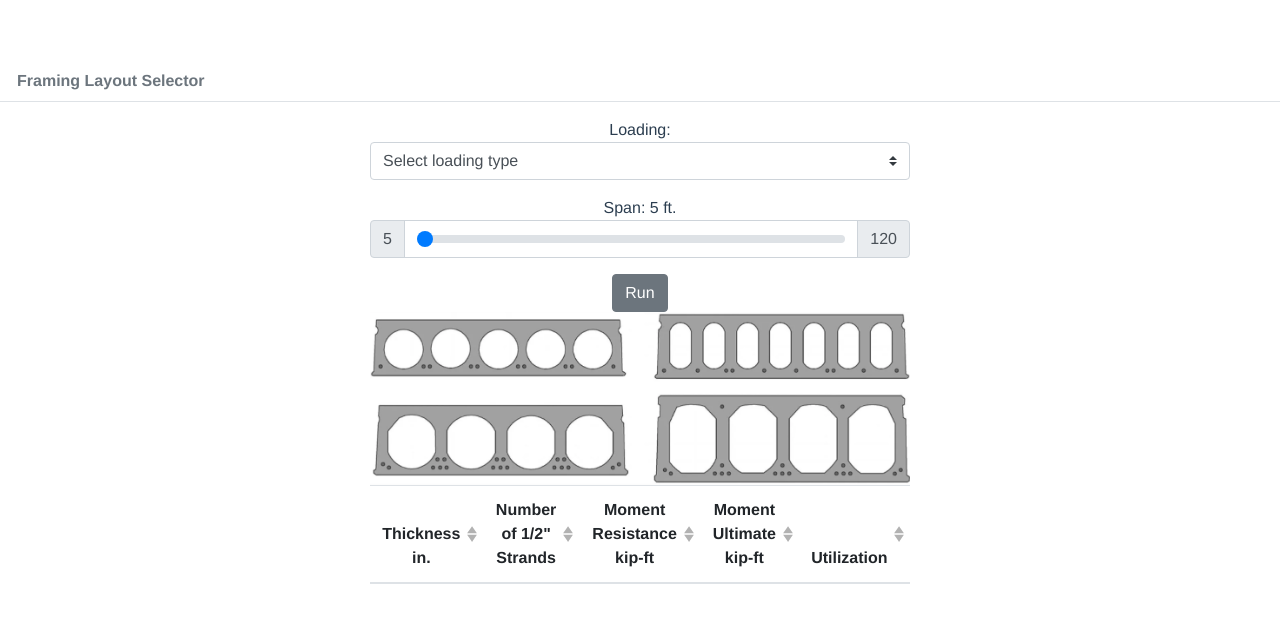
Repository: kanwarjohal/framingconceptclient
Page: /
The author's editor kept a copy of each file at every save. The page is drawn from the files as they stood at one save, then again after the next save.
The browser window is 1280 px wide. The pictures show the whole page.
The page's requests for data from a server got no answer. The project was rebuilt for these pictures with package versions that can differ from the ones it lists, and the page was loaded fresh each time. No one was signed in, and anything a server would have sent is missing.

Above is the page before, as saved 2020-04-10 17:12:34.

### src/main.js
import Vue from 'vue'
import App from './App.vue'
import { BootstrapVue} from 'bootstrap-vue'
import 'bootstrap/dist/css/bootstrap.css'
import 'bootstrap-vue/dist/bootstrap-vue.css'
import axios from 'axios'
import VueAxios from 'vue-axios'

// Install BootstrapVue
Vue.use(BootstrapVue)
Vue.prototype.$http = axios

Vue.config.productionTip = false

new Vue({
  render: h => h(App),
}).$mount('#app')

### src/components/Header.vue
<template>
    <div>
        <b-nav tabs>
            <b-nav-item disabled><b>Framing Layout Selector</b></b-nav-item>
        </b-nav>
    </div>
</template>

### src/components/LoadingType.vue


<template>
<div>
    <!-- <div class="mt-3">Building Type:</div>
    <div>
    <b-form-select v-model="selected_building">
        <option value="Select building">Select building type.</option>
        <option :value="l.loading_type" v-for="l in firstliveload" :key="l.loading">{{l.loading_type}}</option>
    </b-form-select>
    </div> -->
    <div class="mt-3">Loading:</div>
    <div>
    <b-form-select v-model="selected_loading">
        <option value="Select loading">Select loading type</option>
        <option :value="[l.occupancy, l.use, l.uniformloadpsf]" v-for="l in firstliveload">{{l.occupancy +" "+ l.use +" : "+ l.uniformloadpsf}} psf </option>
    </b-form-select>
    </div>
    <div class="mt-3">Span: {{ input_span }} ft.</div>
    <!-- <div id="app">
        <input id="my-field" v-model="input_span">
    </div> -->
    <div>
        <b-input-group prepend="5" append="120">
        <b-form-input type="range" min="5" max="120" v-model="input_span"></b-form-input>
        </b-input-group>
    </div>
    <div class="mt-3">
        <b-button v-on:click="postPost">Run</b-button>
    </div>
    <div>
        <b-img src="hollowcoresections.png" fluid alt="Responsive image"></b-img>
    </div>
    <div>
    <b-table striped hover :items="hollowcoreitems" :fields="fields"></b-table>
    </div>
</div>
</template>


<script>
import axios from 'axios'
    export default {
        data(){
                return{selected_loading:"Select loading",
                selected_building:"Select building",
                input_span:"5", hollowcoreitems:[],
                fields: [
                    {
                    key: 'depth',
                    label: 'Thickness in.',
                    sortable: true
                    },
                    {
                    key: 'strands13mm',
                    label: 'Number of 1/2" Strands',
                    sortable: true
                    },
                    {
                    key: 'mr',
                    label: 'Moment Resistance kip-ft',
                    sortable: true,
                    },
                    {
                    key: 'mu',
                    label: 'Moment Ultimate kip-ft',
                    sortable: true
                    },
                    {
                    key: 'utilization',
                    label: 'Utilization',
                    sortable: true
                    },
                ],
                }
        },
        props: {
            firstliveload: Array
        },
        methods: {
            postPost: function() {
                axios({
                    method: 'post',
                    url: 'https://strukanwar.herokuapp.com/framingrequest',
                    data: { userinput: this.selected_loading,
                            span: this.input_span
                    }
                }).then((response) => {
                    console.log(response.data)
                    this.hollowcoreitems = response.data
                })
            }
        }
    }
</script>

//    .then((response) => {
//                 return response.json()
//             })
//             .then((jsonData) => {
//                 this.framingresponse = jsonData.framingresponse;
//             })

Loaded but not shown: public/index.html (common file); src/App.vue (common file)

After the next save:
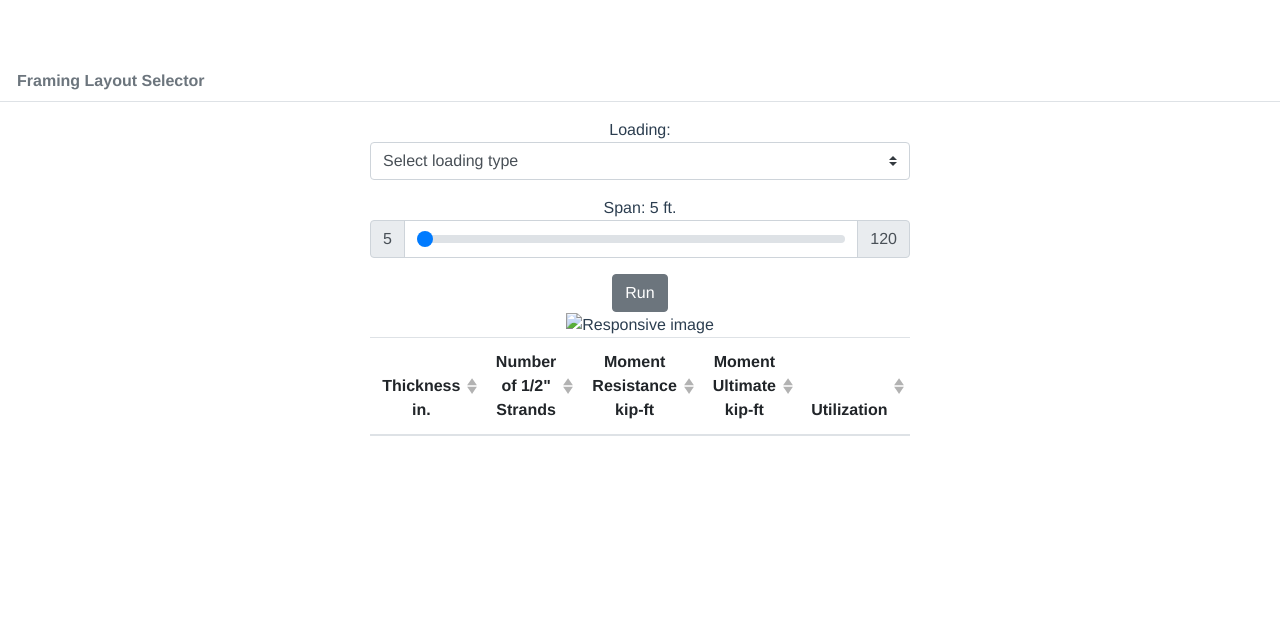
Not found: src/hollowcoresections.png
Saved 60 s later.
--- a/src/components/LoadingType.vue
+++ b/src/components/LoadingType.vue
@@ -29,7 +29,7 @@
         <b-button v-on:click="postPost">Run</b-button>
     </div>
     <div>
-        <b-img src="hollowcoresections.png" fluid alt="Responsive image"></b-img>
+        <b-img src="src/hollowcoresections.png" fluid alt="Responsive image"></b-img>
     </div>
     <div>
     <b-table striped hover :items="hollowcoreitems" :fields="fields"></b-table>

After the 4 saves that followed:
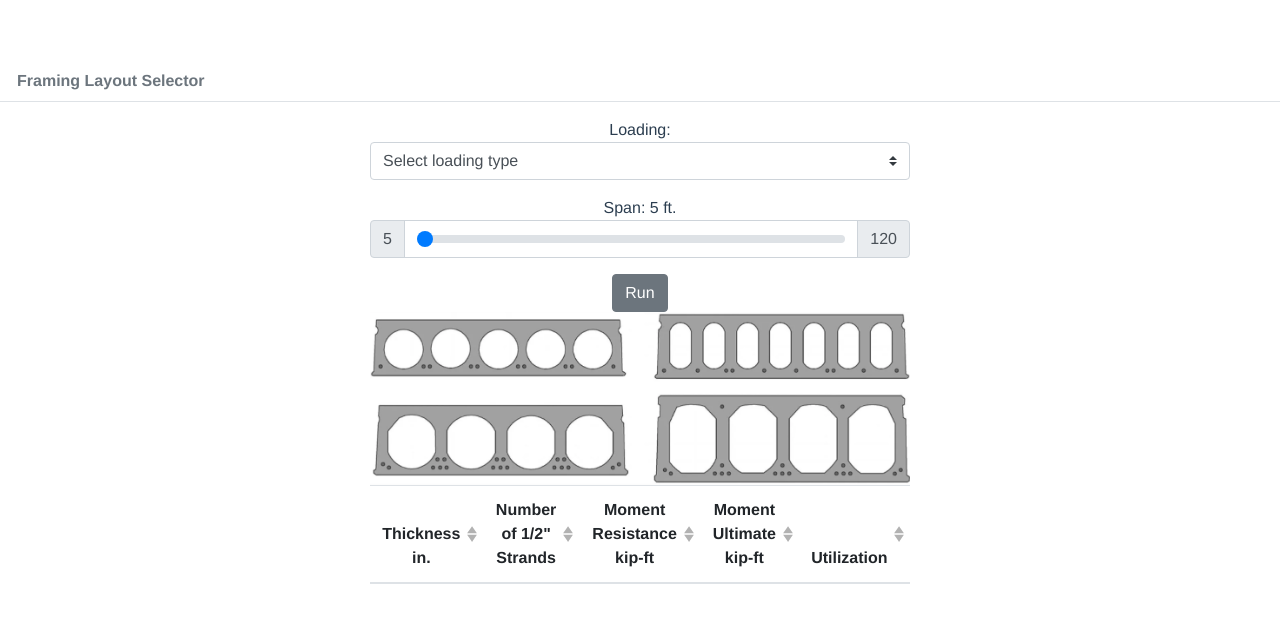
The 4 saves are shown as one change because 2 did not build or start and 1 left the picture as it was.
The last was saved 2 min 22 s later.
--- a/src/components/LoadingType.vue
+++ b/src/components/LoadingType.vue
@@ -29,7 +29,7 @@
         <b-button v-on:click="postPost">Run</b-button>
     </div>
     <div>
-        <b-img src="src/hollowcoresections.png" fluid alt="Responsive image"></b-img>
+        <b-img src="hollowcoresections.png" fluid alt="Responsive image"></b-img>
     </div>
     <div>
     <b-table striped hover :items="hollowcoreitems" :fields="fields"></b-table>
